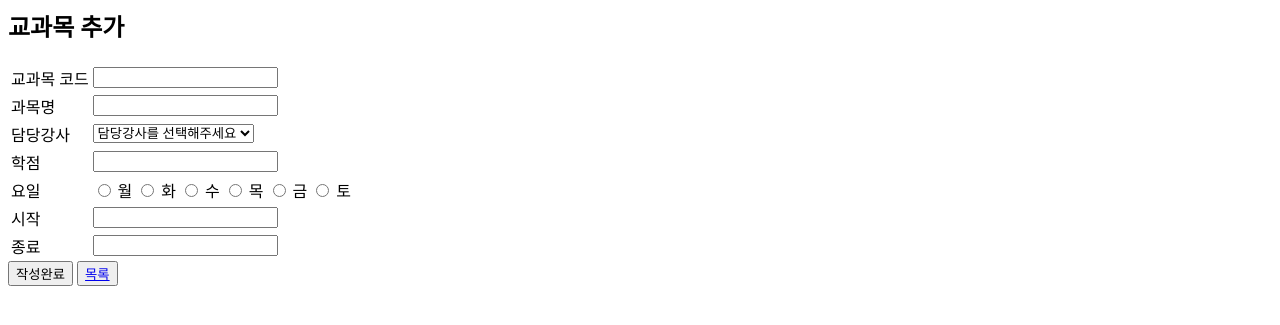
Repository: Tor1a/SpringSet
Page: http://localhost/practice02/WEB-INF/views/course/add.jsp
The author's editor kept a copy of each file at every save. The page is drawn from the files as they stood at one save, then again after the next save.
The browser window is 1280 px wide. The pictures show the whole page.
The page is served by Tomcat 9. Nobody is signed in. The template is opened directly, without the code that normally fills it, so the values that code supplies are empty.

Above is the page before, as saved 2022-04-14 04:04:59.

After the next save:
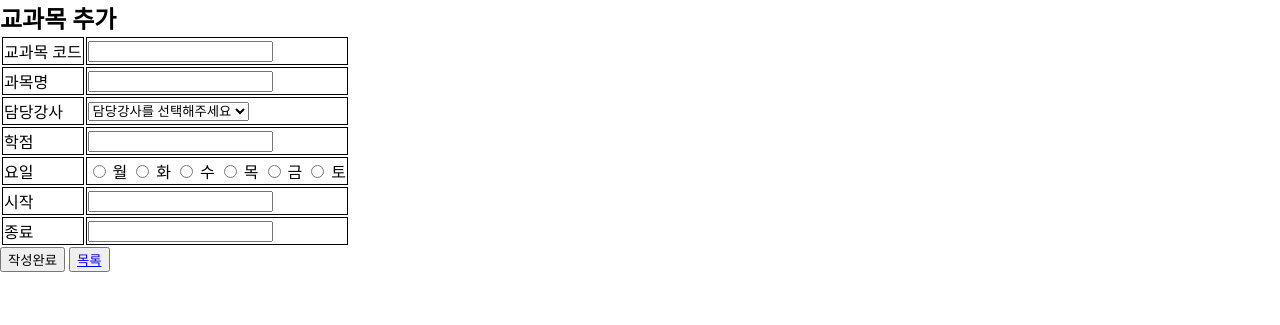
Saved 33 s later.
--- a/practice02/src/main/webapp/WEB-INF/views/course/add.jsp
+++ b/practice02/src/main/webapp/WEB-INF/views/course/add.jsp
@@ -2,7 +2,7 @@
 <%@ taglib prefix="c" uri="http://java.sun.com/jsp/jstl/core" %>
 <%@ taglib prefix="fmt" uri="http://java.sun.com/jsp/jstl/fmt" %>
 
-<script src="${pageContext.request.contextPath}/resources/js/Add.js"></script>
+
 
 
 <!DOCTYPE html>
@@ -10,6 +10,9 @@
 <head>
 <meta charset="UTF-8">
 <script src="../js/jquery-3.6.0.min.js"></script>
+<link rel="stylesheet" href="${pageContext.request.contextPath}/resources/css/update.css">
+<script src="${pageContext.request.contextPath}/resources/js/Add.js"></script>
+
 <title>수강신청 도우미 사이트</title>
 </head>
 <body>
